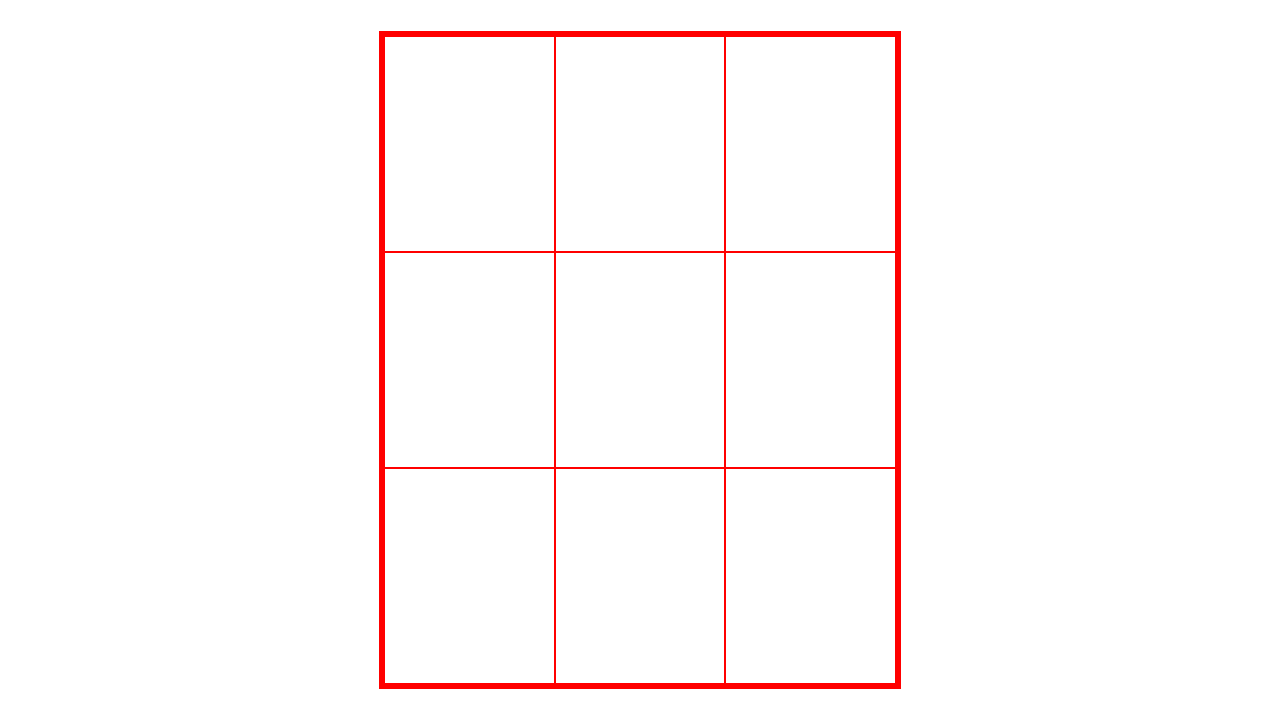
Repository: kocokoy/TOP-tic-tac-toe
Page: index.html
These files come from the project's save history. The page is drawn as it stood at one moment and after the next save; the edit follows.
The browser window is 1280 px wide. The pictures show the whole page.
After loading, the first visible `div.gameboard` was clicked once.

Above is the page before, as saved 2024-11-07 14:40:49.

After the next save:
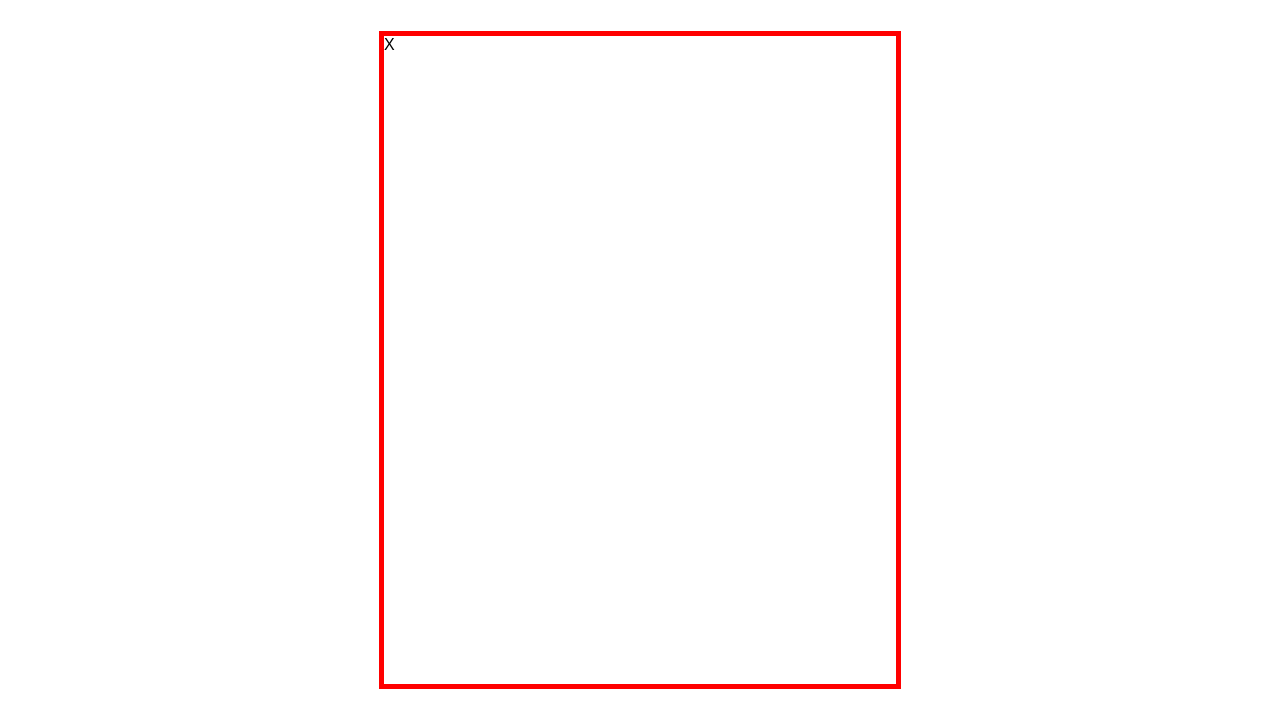
Saved 94 s later.
--- a/javascripts/scripts.js
+++ b/javascripts/scripts.js
@@ -25,6 +25,7 @@ function createGameBoard(){
 
 function gameBoardBoxClicked(){
   gameBoardElement.addEventListener('click', (e) => {
-    console.log(e.target);
+    const boxClicked = e.target;
+    boxClicked.textContent = 'X'
   })
 }
